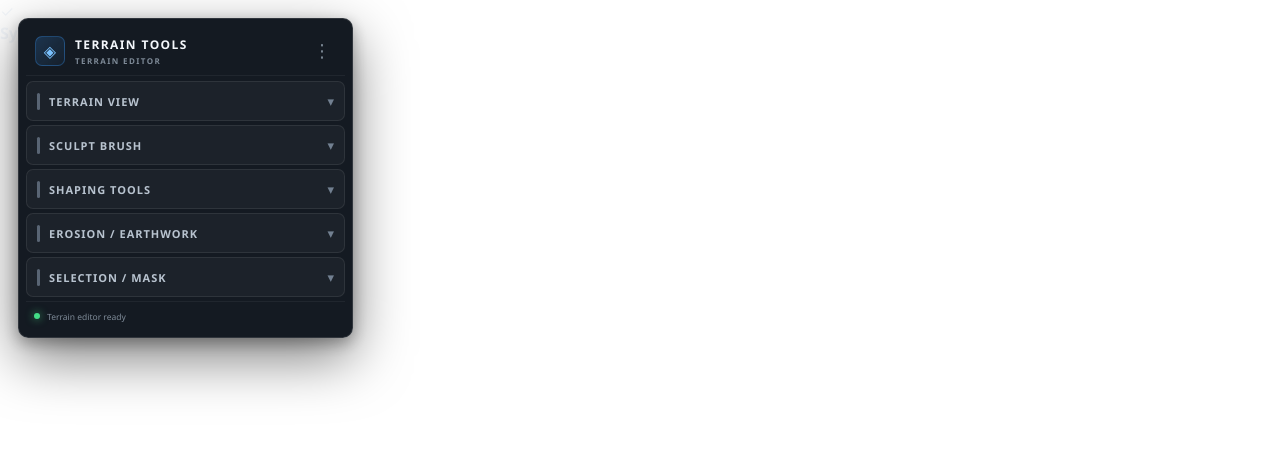
Repository: Harsimar8/tool
Page: index.html
The author's editor kept a copy of each file at every save. The page is drawn from the files as they stood at one save, then again after the next save.
The browser window is 1280 px wide. The pictures show the whole page.

Above is the page before, as saved 2026-08-17 17:16:14.

### index.html
<!DOCTYPE html>
<html lang="en">

<head>
    <meta charset="UTF-8">
    <meta name="viewport" content="width=device-width, initial-scale=1.0">

    <title>Terrain Tools</title>

    <link rel="stylesheet" href="style.css">
</head>

<body>

    <!-- =====================================================
         TERRAIN TOOLS PANEL
    ====================================================== -->

    <aside class="terrain-panel">

        <!-- PANEL HEADER -->

        <div class="panel-header">

            <div class="panel-brand">

                <div class="brand-mark">
                    ◈
                </div>

                <div class="brand-text">

                    <div class="panel-title">
                        TERRAIN TOOLS
                    </div>

                    <div class="panel-subtitle">
                        TERRAIN EDITOR
                    </div>

                </div>

            </div>

            <button
                class="panel-menu"
                title="Terrain tools menu"
            >
                ⋮
            </button>

        </div>


        <!-- =================================================
             TERRAIN VIEW
        ================================================== -->

        <section class="control-section">

            <div
                class="section-title"
                onclick="toggleSection(this)"
            >

                <div class="section-title-left">

                    <span class="section-indicator"></span>

                    <span class="section-name">
                        TERRAIN VIEW
                    </span>

                </div>

                <span class="arrow">
                    ▾
                </span>

            </div>


            <div class="section-content">

                <div class="button-grid">

                    <button
                        class="tool-button"
                        onclick="activateTool(this)"
                    >
                        <span class="button-main">
                            Exaggerate
                        </span>

                        <span class="button-value">
                            1.0×
                        </span>
                    </button>


                    <button
                        class="tool-button"
                        onclick="activateTool(this)"
                    >
                        Elevation colours
                    </button>


                    <button
                        class="tool-button"
                        onclick="activateTool(this)"
                    >
                        Slope shading
                    </button>


                    <button
                        class="tool-button"
                        onclick="activateTool(this)"
                    >
                        Contours
                    </button>


                    <button
                        class="tool-button wide"
                        onclick="activateTool(this)"
                    >
                        Water level
                    </button>

                </div>

            </div>

        </section>


        <!-- =================================================
             SCULPT BRUSH
        ================================================== -->

        <section class="control-section">

            <div
                class="section-title"
                onclick="toggleSection(this)"
            >

                <div class="section-title-left">

                    <span class="section-indicator"></span>

                    <span class="section-name">
                        SCULPT BRUSH
                    </span>

                </div>

                <span class="arrow">
                    ▾
                </span>

            </div>


            <div class="section-content">


                <!-- TOOL MODE -->

                <div class="tool-mode-grid">

                    <button
                        class="mode-button"
                        onclick="selectBrushMode(this)"
                    >
                        <span class="mode-icon">
                            ◇
                        </span>

                        <span>
                            Modify terrain
                        </span>

                    </button>


                    <button
                        class="mode-button selected"
                        onclick="selectBrushMode(this)"
                    >
                        <span class="mode-icon">
                            ▲
                        </span>

                        <span>
                            Brush: RAISE
                        </span>

                    </button>

                </div>


                <!-- RADIUS -->

                <div class="value-control">

                    <div class="value-info">

                        <span class="value-label">
                            Radius
                        </span>

                        <span
                            class="value-number"
                            id="radiusValue"
                        >
                            1500 m
                        </span>

                    </div>


                    <div class="mini-stepper">

                        <button
                            onclick="changeRadius(-100)"
                        >
                            −
                        </button>

                        <button
                            onclick="changeRadius(100)"
                        >
                            +
                        </button>

                    </div>

                </div>


                <!-- POWER -->

                <div class="value-control">

                    <div class="value-info">

                        <span class="value-label">
                            Power
                        </span>

                        <span
                            class="value-number"
                            id="powerValue"
                        >
                            2.0 m
                        </span>

                    </div>


                    <div class="mini-stepper">

                        <button
                            onclick="changePower(-0.5)"
                        >
                            −
                        </button>

                        <button
                            onclick="changePower(0.5)"
                        >
                            +
                        </button>

                    </div>

                </div>


                <!-- MAX HEIGHT -->

                <div class="value-control">

                    <div class="value-info">

                        <span class="value-label">
                            Max height
                        </span>

                        <span
                            class="value-number"
                            id="maxHeightValue"
                        >
                            499 m
                        </span>

                    </div>


                    <div class="mini-stepper">

                        <button
                            onclick="changeMaxHeight(-1)"
                        >
                            −
                        </button>

                        <button
                            onclick="changeMaxHeight(1)"
                        >
                            +
                        </button>

                    </div>

                </div>


                <!-- DIVIDER -->

                <div class="control-divider"></div>


                <!-- UNDO / REDO -->

                <div class="button-grid">

                    <button
                        class="tool-button"
                        onclick="performAction('Undo')"
                    >
                        <span class="action-icon">
                            ↶
                        </span>

                        Undo
                    </button>


                    <button
                        class="tool-button"
                        onclick="performAction('Redo')"
                    >
                        <span class="action-icon">
                            ↷
                        </span>

                        Redo
                    </button>

                </div>


                <!-- RESET -->

                <button
                    class="reset-button"
                    onclick="performAction('Reset')"
                >
                    <span>
                        ↻
                    </span>

                    Reset terrain
                </button>

            </div>

        </section>


        <!-- =================================================
             SHAPING TOOLS
        ================================================== -->

        <section class="control-section">

            <div
                class="section-title"
                onclick="toggleSection(this)"
            >

                <div class="section-title-left">

                    <span class="section-indicator"></span>

                    <span class="section-name">
                        SHAPING TOOLS
                    </span>

                </div>

                <span class="arrow">
                    ▾
                </span>

            </div>


            <div class="section-content">


                <!-- GRADE TOOLS -->

                <div class="button-grid">

                    <button
                        class="tool-button"
                        onclick="activateTool(this)"
                    >
                        <span class="button-icon">
                            ╱
                        </span>

                        Grade path: ROAD
                    </button>


                    <button
                        class="tool-button"
                        onclick="activateTool(this)"
                    >
                        <span class="button-icon">
                            ━
                        </span>

                        Grade flatten
                    </button>

                </div>


                <!-- PATH WIDTH -->

                <div class="field-control">

                    <label>
                        PATH WIDTH
                        <span>(m)</span>
                    </label>


                    <div class="field-row">

                        <input
                            type="number"
                            id="pathWidth"
                            value="500"
                        >


                        <button
                            onclick="changeInput('pathWidth', -10)"
                        >
                            −
                        </button>


                        <button
                            onclick="changeInput('pathWidth', 10)"
                        >
                            +
                        </button>

                    </div>

                </div>


                <!-- DIG DEPTH -->

                <div class="field-control">

                    <label>
                        DIG DEPTH
                        <span>(m, +down)</span>
                    </label>


                    <div class="field-row">

                        <input
                            type="number"
                            id="digDepth"
                            value="0"
                        >


                        <button
                            onclick="changeInput('digDepth', -1)"
                        >
                            −
                        </button>


                        <button
                            onclick="changeInput('digDepth', 1)"
                        >
                            +
                        </button>

                    </div>

                </div>


                <div class="control-divider"></div>


                <!-- SHAPING ACTIONS -->

                <div class="button-grid">

                    <button
                        class="tool-button"
                        onclick="activateTool(this)"
                    >
                        Stamp: DOME
                    </button>


                    <button
                        class="tool-button"
                        onclick="activateTool(this)"
                    >
                        Cross-section
                    </button>


                    <button
                        class="tool-button"
                        onclick="activateTool(this)"
                    >
                        Region offset
                    </button>


                    <button
                        class="tool-button"
                        onclick="activateTool(this)"
                    >
                        Rgn up
                    </button>


                    <button
                        class="tool-button"
                        onclick="activateTool(this)"
                    >
                        Rgn dn
                    </button>

                </div>

            </div>

        </section>


        <!-- =================================================
             EROSION / EARTHWORK
        ================================================== -->

        <section class="control-section">

            <div
                class="section-title"
                onclick="toggleSection(this)"
            >

                <div class="section-title-left">

                    <span class="section-indicator"></span>

                    <span class="section-name">
                        EROSION / EARTHWORK
                    </span>

                </div>

                <span class="arrow">
                    ▾
                </span>

            </div>


            <div class="section-content">

                <div class="button-grid">

                    <button
                        class="tool-button"
                        onclick="activateTool(this)"
                    >
                        Erode (water)
                    </button>


                    <button
                        class="tool-button"
                        onclick="activateTool(this)"
                    >
                        Talus
                    </button>


                    <button
                        class="tool-button wide"
                        onclick="activateTool(this)"
                    >
                        Balance cut/fill
                    </button>

                </div>

            </div>

        </section>


        <!-- =================================================
             SELECTION / MASK
        ================================================== -->

        <section class="control-section">

            <div
                class="section-title"
                onclick="toggleSection(this)"
            >

                <div class="section-title-left">

                    <span class="section-indicator"></span>

                    <span class="section-name">
                        SELECTION / MASK
                    </span>

                </div>

                <span class="arrow">
                    ▾
                </span>

            </div>


            <div class="section-content">

                <div class="button-grid">

                    <button
                        class="tool-button"
                        onclick="activateTool(this)"
                    >
                        Polygon select
                    </button>


                    <button
                        class="tool-button"
                        id="maskButton"
                        onclick="toggleMask(event)"
                    >
                        Mask: OFF
                    </button>

                </div>

            </div>

        </section>


        <!-- =================================================
             STATUS BAR
        ================================================== -->

        <div class="panel-status">

            <span class="status-dot"></span>

            <span id="statusText">
                Terrain editor ready
            </span>

        </div>

    </aside>

      <div id="symbolSelectionMessage">
    <div class="selection-message-icon">
        ✓
    </div>

    <div class="selection-message-text">
        <strong id="selectedSymbolName">
            Symbol Selected
        </strong>

        <span>
            Ready for placement
        </span>
    </div>
</div>
    <script src="script.js"></script>

</body>

</html>

Loaded but not shown: script.js (409 lines, source omitted); style.css (1120 lines, source omitted)

After the next save:
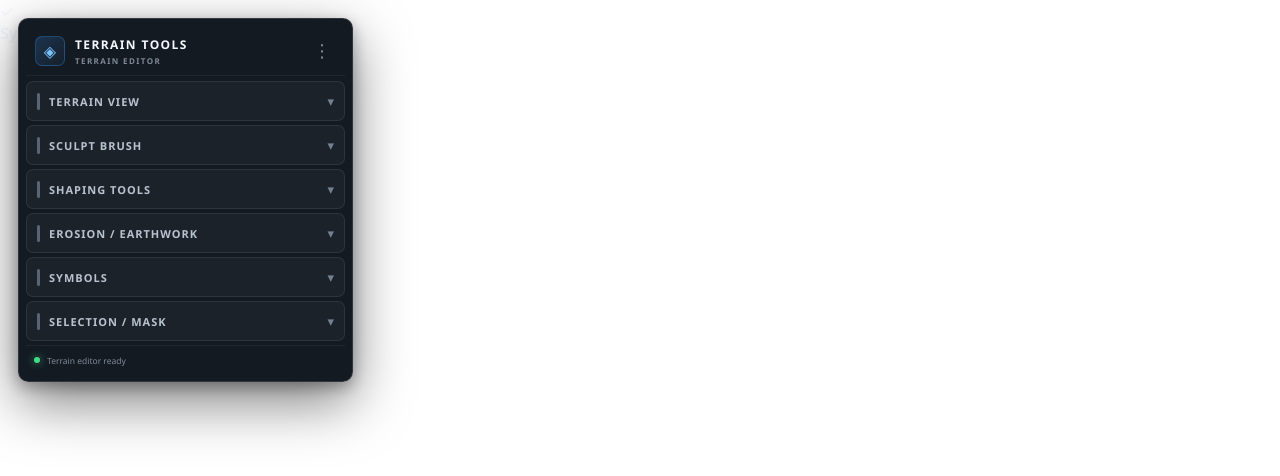
Saved 6 s later.
--- a/index.html
+++ b/index.html
@@ -622,7 +622,139 @@
 
         </section>
 
-
+        <!-- =================================================
+     SYMBOLS
+================================================== -->
+
+<section class="control-section">
+
+    <div
+        class="section-title"
+        onclick="toggleSection(this)"
+    >
+
+        <div class="section-title-left">
+
+            <span class="section-indicator"></span>
+
+            <span class="section-name">
+                SYMBOLS
+            </span>
+
+        </div>
+
+        <span class="arrow">
+            ▾
+        </span>
+
+    </div>
+
+
+    <div class="section-content">
+
+        <div class="symbol-grid">
+
+
+            <!-- ================= RADAR ================= -->
+
+            <button
+                class="symbol-button"
+                onclick="selectSymbol(this, 'Radar')"
+            >
+
+                <img
+                    src="symbols/radar.svg"
+                    alt="Radar"
+                >
+
+                <span>
+                    Radar
+                </span>
+
+            </button>
+
+
+            <!-- ================= MISSILE ================= -->
+
+            <button
+                class="symbol-button"
+                onclick="selectSymbol(this, 'Missile')"
+            >
+
+                <img
+                    src="symbols/missile.svg"
+                    alt="Missile"
+                >
+
+                <span>
+                    Missile
+                </span>
+
+            </button>
+
+
+            <!-- ================= TANK ================= -->
+
+            <button
+                class="symbol-button"
+                onclick="selectSymbol(this, 'Tank')"
+            >
+
+                <img
+                    src="symbols/tank.svg"
+                    alt="Tank"
+                >
+
+                <span>
+                    Tank
+                </span>
+
+            </button>
+
+
+            <!-- ================= TARGET ================= -->
+
+            <button
+                class="symbol-button"
+                onclick="selectSymbol(this, 'Target')"
+            >
+
+                <img
+                    src="symbols/target.svg"
+                    alt="Target"
+                >
+
+                <span>
+                    Target
+                </span>
+
+            </button>
+
+
+            <!-- ================= ROCKET ================= -->
+
+            <button
+                class="symbol-button"
+                onclick="selectSymbol(this, 'Rocket')"
+            >
+
+                <img
+                    src="symbols/rocket.svg"
+                    alt="Rocket"
+                >
+
+                <span>
+                    Rocket
+                </span>
+
+            </button>
+
+
+        </div>
+
+    </div>
+
+</section>
         <!-- =================================================
              SELECTION / MASK
         ================================================== -->
